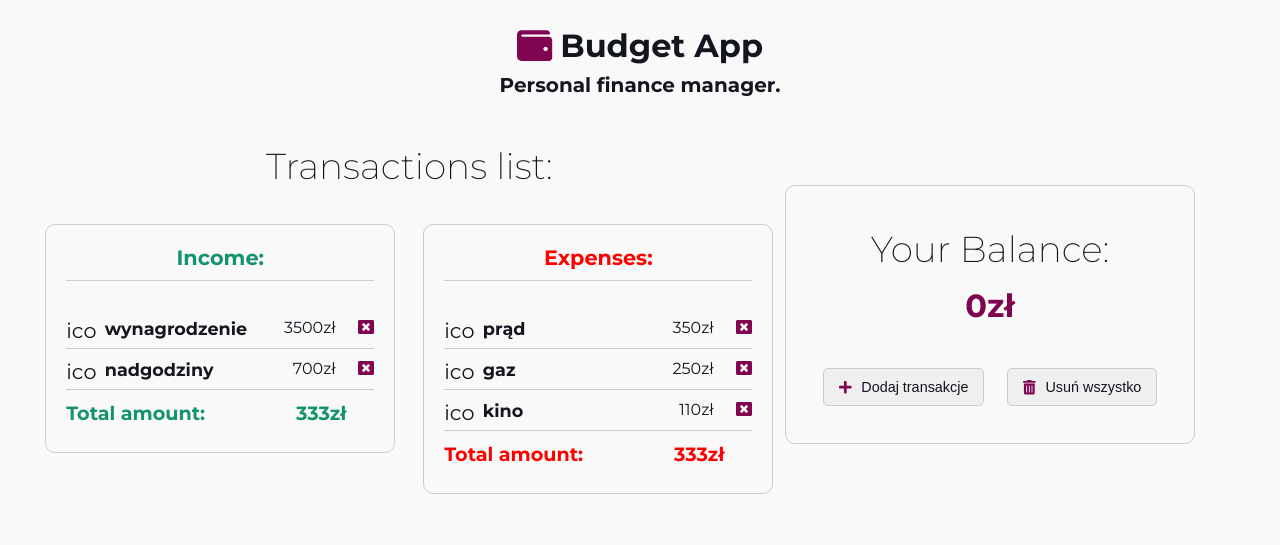
Repository: KrzysKolo/sr_tydzien4_zad4
Page: /
These files come from the project's save history. The page is drawn as it stood at one moment and after the next save; the edit follows.
The browser window is 1280 px wide. The pictures show the whole page.
Some web libraries are served in a nearby version. The project was rebuilt for these pictures with package versions that can differ from the ones it lists, and the page was loaded fresh each time. Also part of the build but not shown: src/components/budgetComponents/formComponents/Header.js, src/components/budgetComponents/formComponents/ErrorMessage.js, src/components/budgetComponents/formComponents/Input.js, src/components/budgetComponents/formComponents/Select.js.

Above is the page before, as saved 2020-12-09 00:50:47.

After the next save:
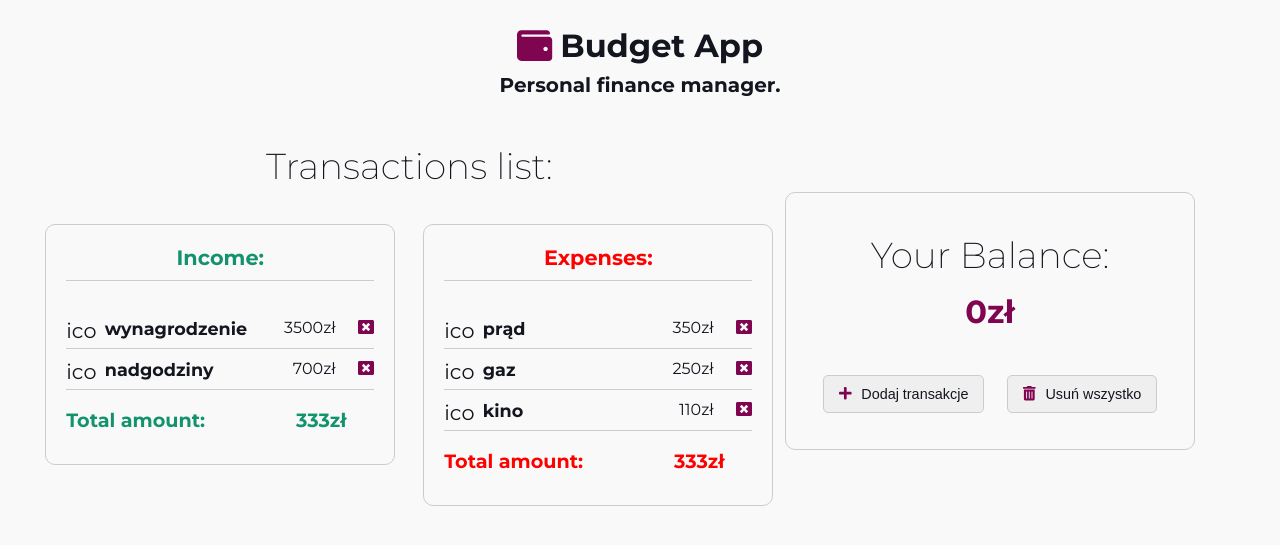
Saved 26 s later.
--- a/src/components/budgetComponents/sectionComponents/DivData.js
+++ b/src/components/budgetComponents/sectionComponents/DivData.js
@@ -43,7 +43,7 @@ const TotalAmountDivStyles = (label) => `
 color: ${label ? 'rgb(19, 147, 109)' : 'red'};
 font-size: 1.2rem;
 font-weight: 800;
-margin: 2% auto;
+margin: 4% auto;
 width: 100%;
 `;
 const TotalAmountDiv= styled.div`
